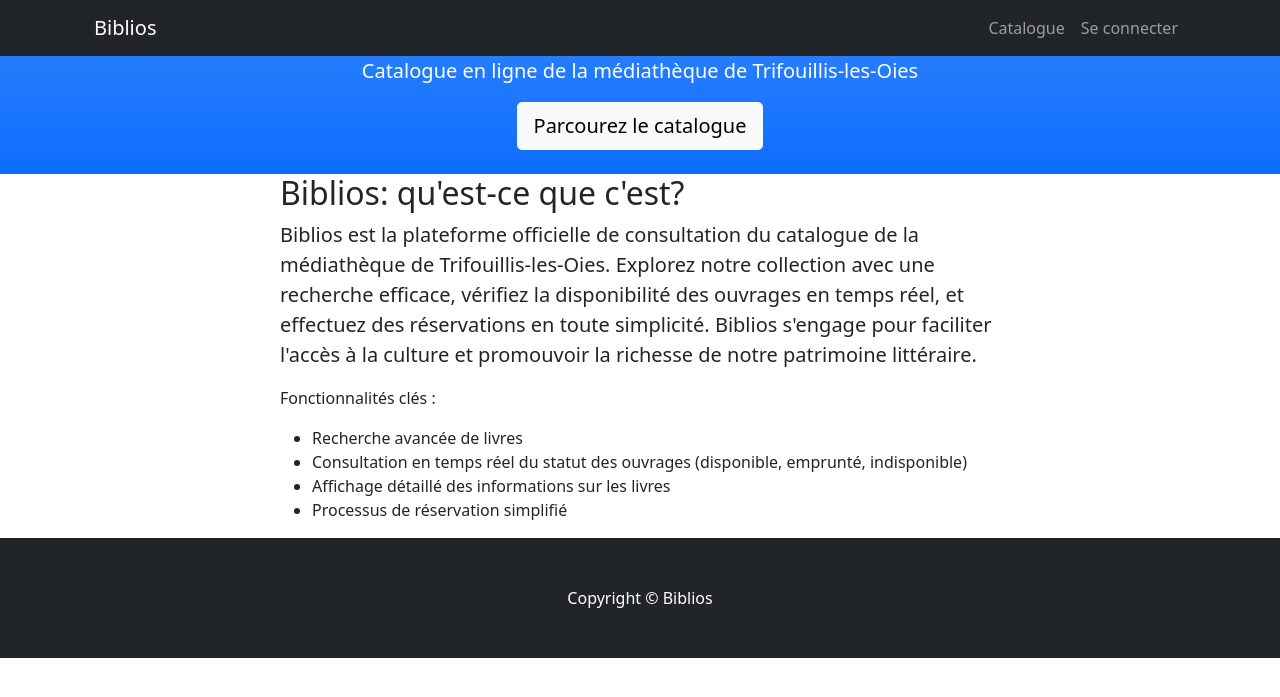
Repository: Dydja/Biblios
Page: templates/main/index.html.twig
These files come from the project's save history. The page is drawn as it stood at one moment and after the next save; the edit follows.
The browser window is 1280 px wide. The pictures show the whole page.
The page is a Twig template of a Symfony application; nobody is signed in and links lead nowhere. The template is opened directly, without the code that normally fills it, so the values that code supplies are empty.

Above is the page before, as saved 2024-08-04 00:40:29.

After the next save:
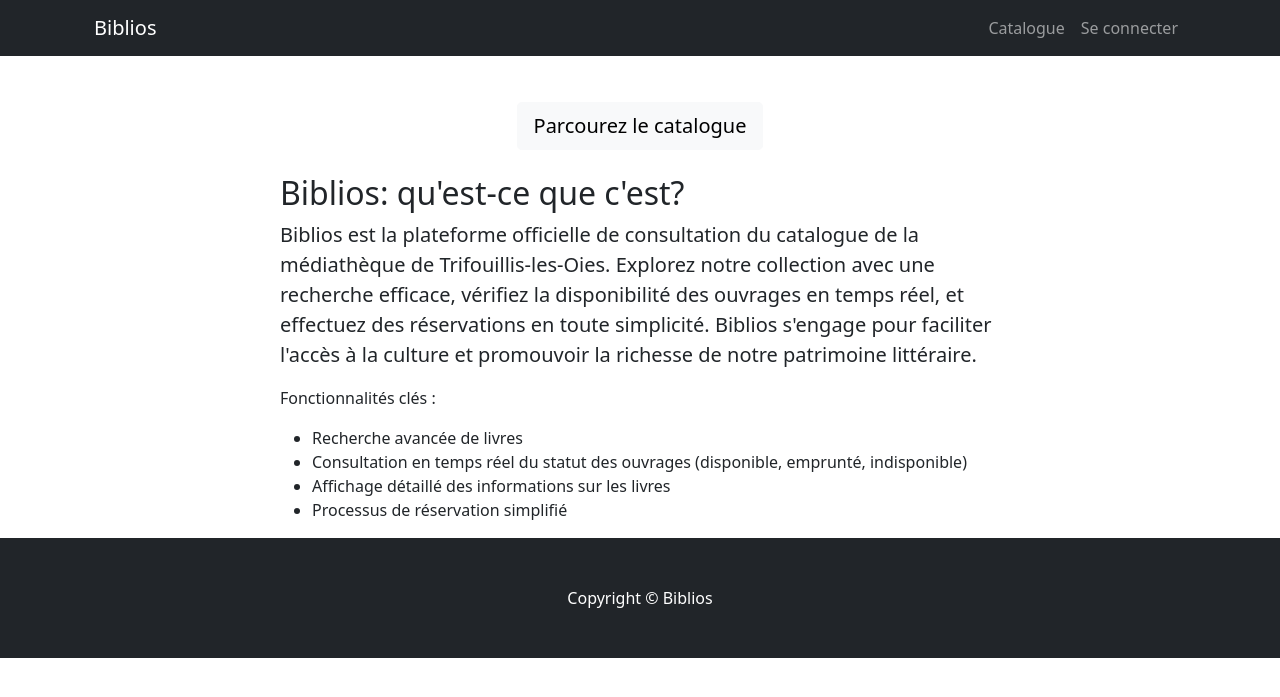
Saved 76 s later.
--- a/templates/main/index.html.twig
+++ b/templates/main/index.html.twig
@@ -5,7 +5,7 @@
 {% block body %}
 
 <!-- Header-->
-    <header class="bg-primary bg-gradient text-white">
+    <header class=" bg-gradient text-white">
         <div class="container px-4 text-center">
             <h1 class="fw-bolder">Biblios</h1>
             <p class="lead">Catalogue en ligne de la médiathèque de Trifouillis-les-Oies</p>
